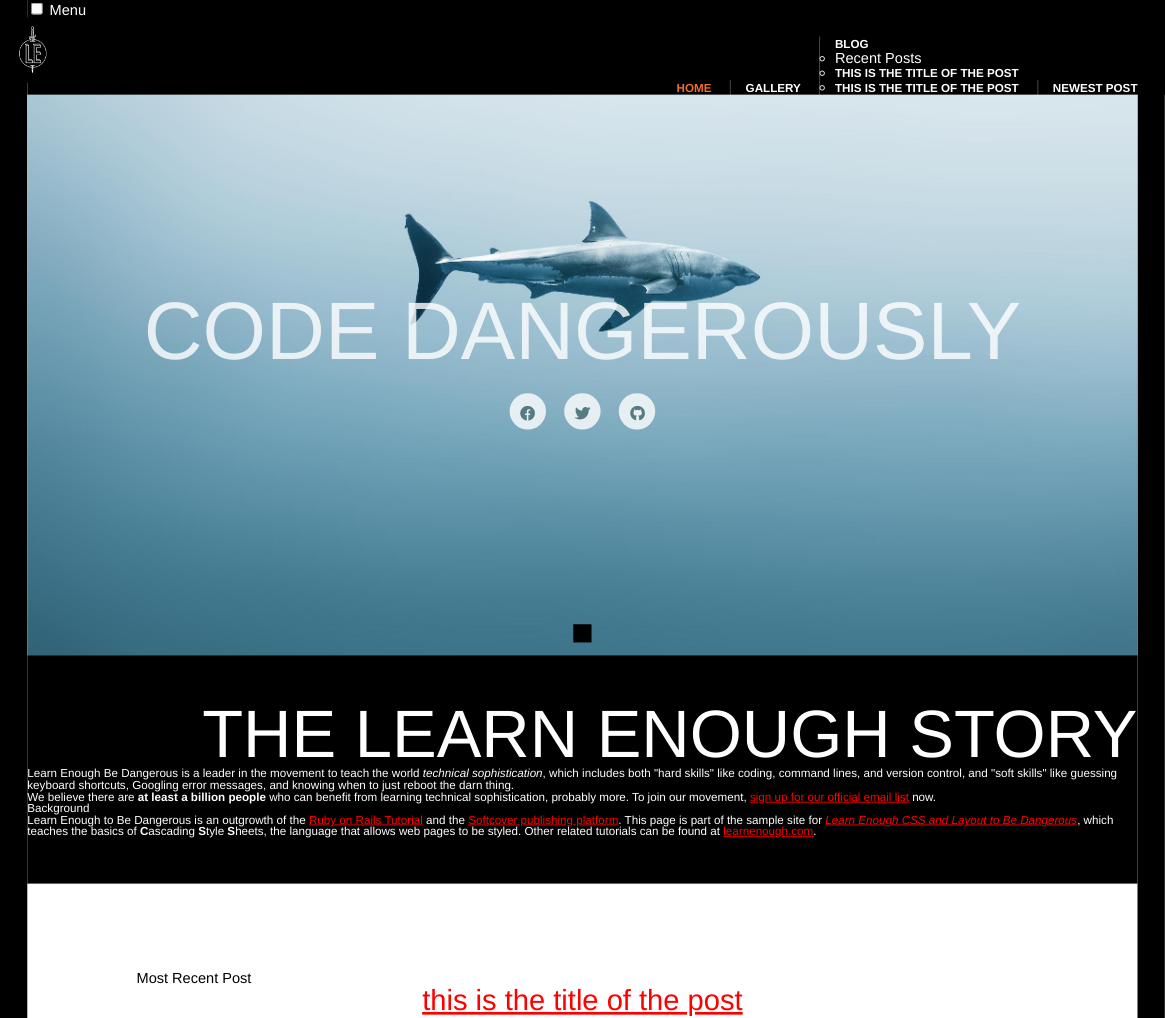
Repository: rvass/learn-enough-CSS
Page: _site/index.html
The author's editor kept a record of every edit. The page is drawn from the files as they stood at one moment, then again after the next edit.
The browser window is 1280 px wide. The pictures show the part of the page from y = 0 to 1119 px (the page is 2783 px tall before and 2858 px after), at 91% of full size.
A picture or video elsewhere on the page could not be fetched, so the positions and the page height are approximate.

Above is the page before.

After the next edit:
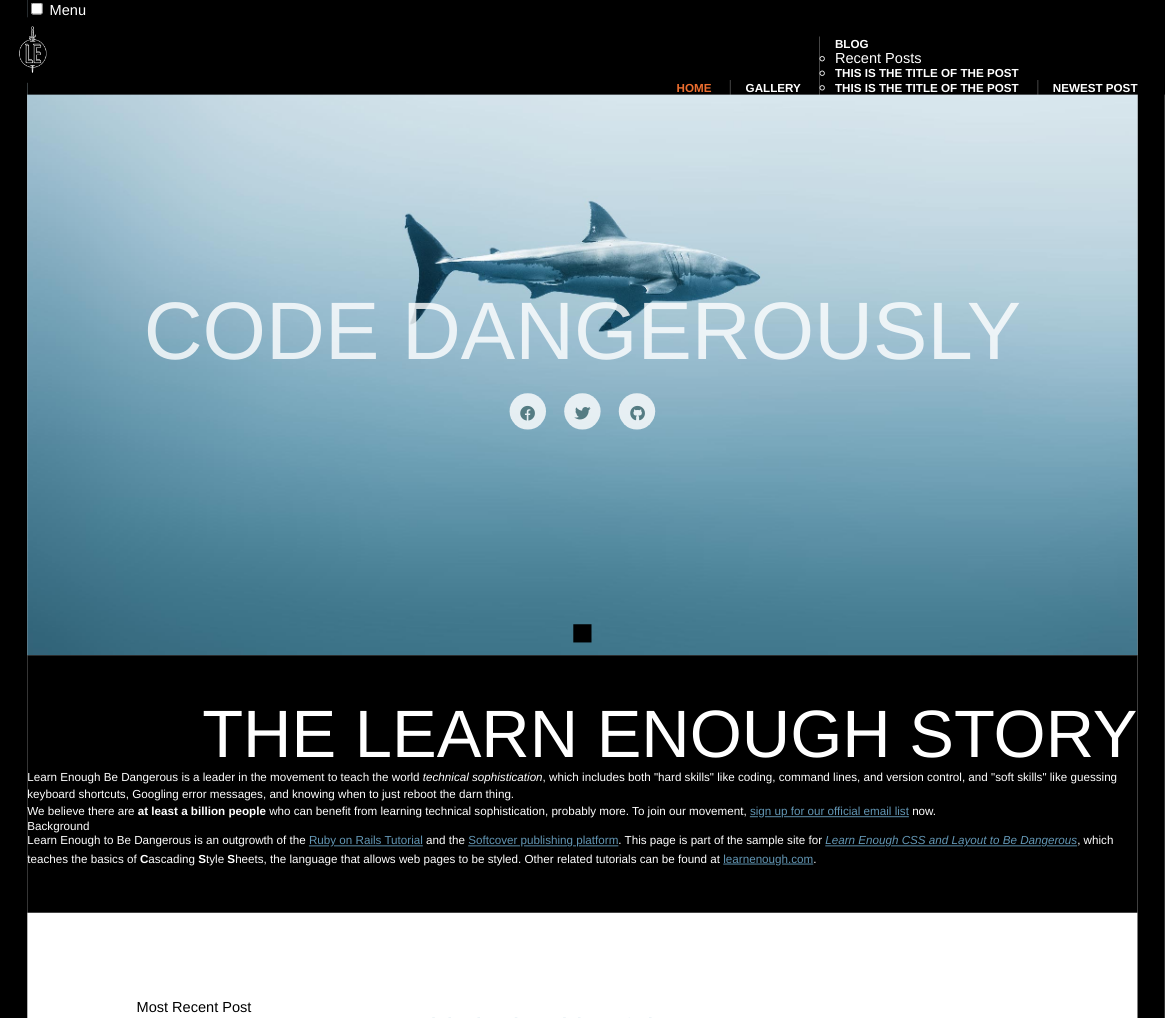
The edit:
--- a/css/main.css
+++ b/css/main.css
@@ -17,7 +17,10 @@
   font-size: 2em;
 }
 a {
-  color: #f00;
+  color: #6397b5;
+}
+p {
+  line-height: 1.5em;
 }
 h2 ~ p {
   font-size: 0.8em;
